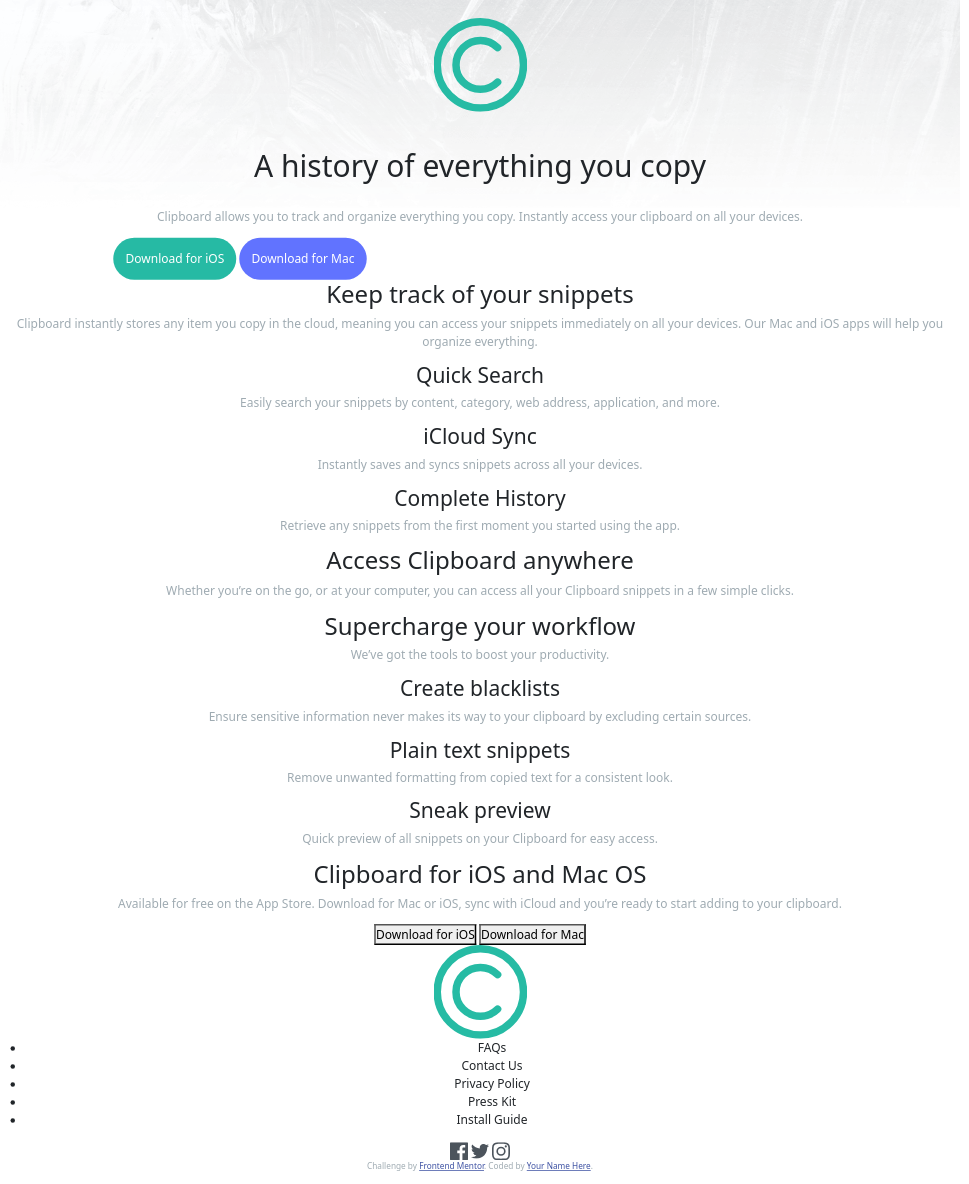
Repository: blordeus/clipboard-landing-page-master
Page: index.html
The author's editor kept a copy of each file at every save. The page is drawn from the files as they stood at one save, then again after the next save.
The browser window is 1280 px wide. The page is 1280 px wide, then 1292 px, so the pictures cover 1292 px, including what lies to the right of the window. The pictures show the whole page, at 75% of full size.
Some web fonts or font styles are not loaded; a fallback is used. The style sheet was rebuilt from its Sass, Less or Tailwind sources for each picture, by a compiler version that may differ from the author's.

Above is the page before, as saved 2023-09-04 11:29:10.

### index.html
<!DOCTYPE html>
<html lang="en">
<head>
  <meta charset="UTF-8">
  <meta name="viewport" content="width=device-width, initial-scale=1.0"> <!-- displays site properly based on user's device -->

  <link rel="icon" type="image/png" sizes="32x32" href="./images/favicon-32x32.png">
  <link rel="stylesheet" href="style.css">
  <link href="https://cdn.jsdelivr.net/npm/bootstrap@5.3.1/dist/css/bootstrap.min.css" rel="stylesheet" integrity="sha384-4bw+/aepP/YC94hEpVNVgiZdgIC5+VKNBQNGCHeKRQN+PtmoHDEXuppvnDJzQIu9" crossorigin="anonymous">
  <title>Frontend Mentor | Clipboard landing page</title>

</head>
<body>
<main class="text-center">
    <header class="background py-4">
      <img src="./images/logo.svg" alt="">
      <h1 class="mt-5 translate-bottom-y">A history of everything you copy</h1>
    </header>

    <p>
      Clipboard allows you to track and organize everything you
      copy. Instantly access your clipboard on all your devices.
    </p>

    <div class="grid col-6 d-block">
      <button class="btn-cyan rounded-pill">Download for iOS</button>
      <button class="btn-blue rounded-pill">Download for Mac</button>
    </div>

    <h2>Keep track of your snippets</h2>

    <p>
      Clipboard instantly stores any item you copy in the cloud,
      meaning you can access your snippets immediately on all your
      devices. Our Mac and iOS apps will help you organize everything.
    </p>

    <section>
      <h3>Quick Search</h3>
      <p>Easily search your snippets by content, category, web address, application, and more.</p>
      <h3>iCloud Sync</h3>
      <p>Instantly saves and syncs snippets across all your devices.</p>
      <h3>Complete History</h3>
      <p>Retrieve any snippets from the first moment you started using the app.</p>
    </section>

    <h2>Access Clipboard anywhere</h2>

    <p>
      Whether you’re on the go, or at your computer, you can access all your Clipboard
      snippets in a few simple clicks.
    </p>

    <h2>Supercharge your workflow</h2>

    <p>We’ve got the tools to boost your productivity.</p>

    <section>
      <h3>Create blacklists</h3>
      <p>Ensure sensitive information never makes its way to your clipboard by excluding certain sources.</p>
      <h3>Plain text snippets</h3>
      <p>Remove unwanted formatting from copied text for a consistent look.</p>
      <h3>Sneak preview</h3>
      <p>Quick preview of all snippets on your Clipboard for easy access.</p>
    </section>

    <h2>Clipboard for iOS and Mac OS</h2>

    <p>
      Available for free on the App Store. Download for Mac or iOS, sync with iCloud
      and you’re ready to start adding to your clipboard.
    </p>

    <button>Download for iOS</button>
    <button>Download for Mac</button>

    <section>
      <img src="./images/logo.svg" alt="">
      <ul>
        <li>FAQs</li>
        <li>Contact Us</li>
        <li>Privacy Policy</li>
        <li>Press Kit</li>
        <li>Install Guide</li>
      </ul>
      <div class="icons">
        <img src="./images/icon-facebook.svg" alt="">
        <img src="./images/icon-twitter.svg" alt="">
        <img src="./images/icon-instagram.svg" alt="">
      </div>
    </section>

    <footer>
      <p class="attribution">
        Challenge by <a rel= "noopener" href="https://www.frontendmentor.io?ref=challenge" target="_blank">Frontend Mentor</a>.
        Coded by <a href="#">Your Name Here</a>.
      </p>
    </footer>
</main>
</body>
</html>

### style.scss
@import url('https://fonts.googleapis.com/css2?family=Bai+Jamjuree:wght@400;600&family=Karla:wght@400;700&display=swap');

:root{
--Strong-Cyan: hsl(171, 66%, 44%);
--Light-Blue: hsl(233, 100%, 69%);
--Dark-Grayish-Blue: hsl(210, 10%, 33%);
--Grayish-Blue: hsl(201, 11%, 66%);

}
//reset
* {
    margin: 0;
    padding: 0;
    box-sizing: border-box;
}

body {
    font-family: 'Bai Jamjuree', sans-serif;
    background-color: hsl(204, 43%, 93%);
    font-size: 18px;
}

p {
    color: var(--Grayish-Blue);
}

//button
.btn-cyan {
    background-color: var(--Strong-Cyan);
    color: white;
    padding: 1rem;
    border: none;
    cursor: pointer;
}

.btn-blue {
    background-color: var(--Light-Blue);
    color: white;
    padding: 1rem;
    border: none;
    cursor: pointer;
}

.background {
    background-image: url(./images/bg-header-mobile.png);
    background-repeat: no-repeat;
    background-size: cover;
    background-position: center;
    height: 100%;
    width: 100%;
}

.attribution { font-size: 11px; text-align: center; }
.attribution a { color: hsl(228, 45%, 44%); }

//media query for 900px
@media screen and (min-width: 900px) {
    .background {
        background-image: url(./images/bg-header-desktop.png);
    }
}

After the next save:
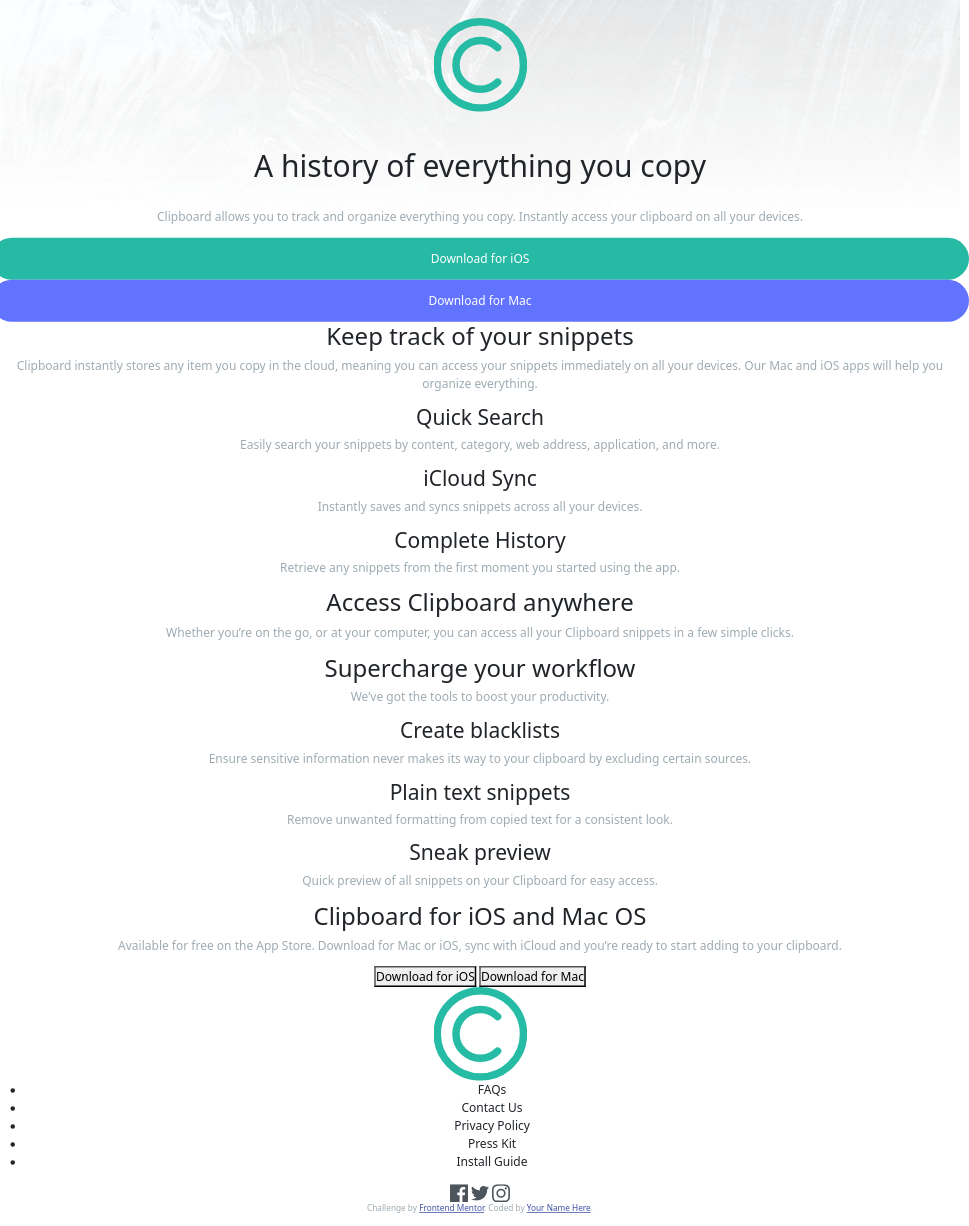
Saved 11 s later.
--- a/index.html
+++ b/index.html
@@ -22,7 +22,7 @@
       copy. Instantly access your clipboard on all your devices.
     </p>
 
-    <div class="grid col-6 d-block">
+    <div class="grid row d-block">
       <button class="btn-cyan rounded-pill">Download for iOS</button>
       <button class="btn-blue rounded-pill">Download for Mac</button>
     </div>
